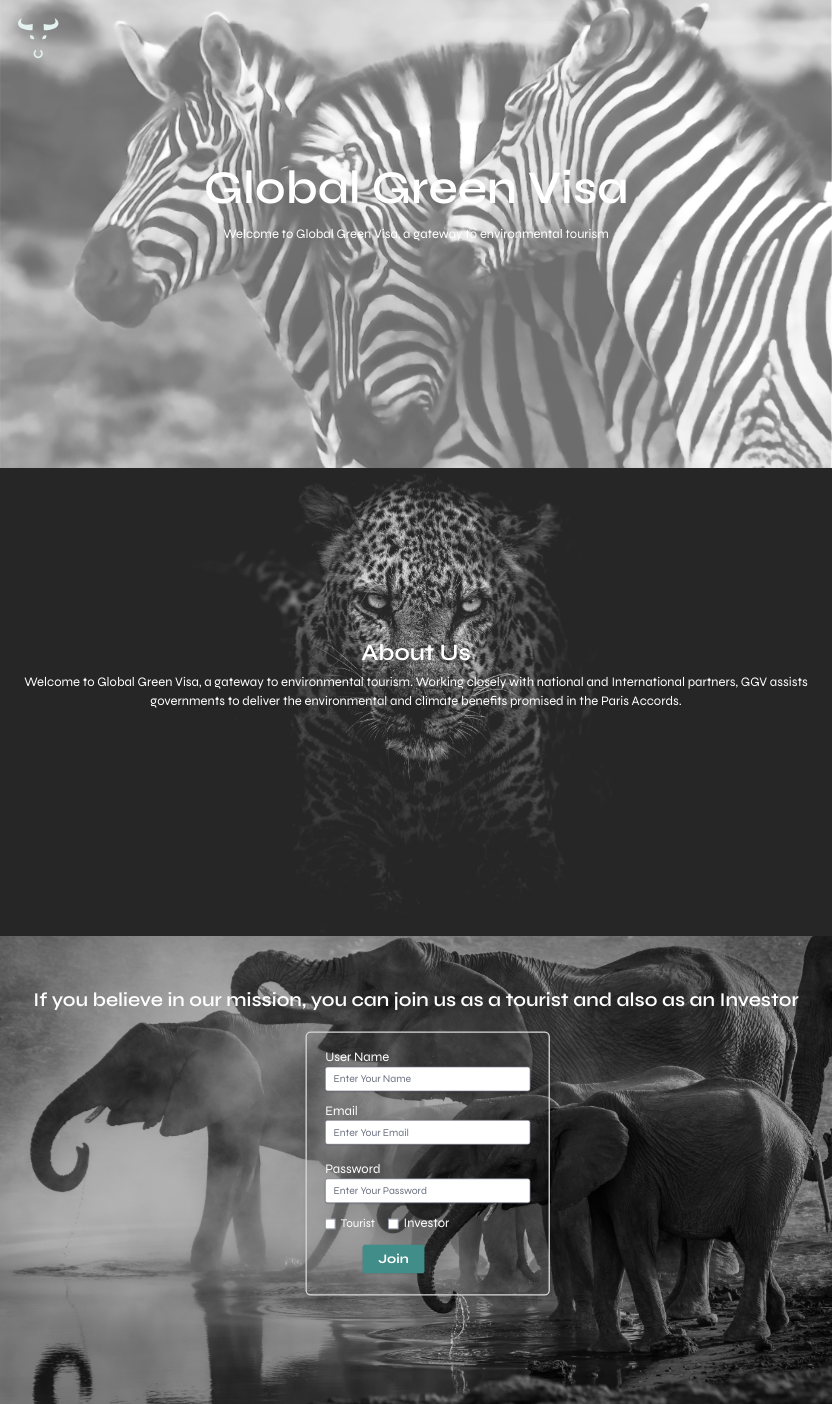
Repository: BrightonMboya/ggv-landingPage
Page: /
These files come from the project's save history. The page is drawn as it stood at one moment and after the next save; the edit follows.
The browser window is 1280 px wide. The pictures show the whole page, at 65% of full size.
The project was rebuilt for these pictures with package versions that can differ from the ones it lists, and the page was loaded fresh each time. The framework's server and built-in components were replaced by stand-ins that run in the browser. Also part of the build but not shown: next.config.js.

Above is the page before, as saved 2022-06-14 15:26:36.

### pages/index.js
import React from "react";
import styles from "../styles/Home.module.css";
import HomePage from "./HomePage";
import AboutUs from "./AboutUs";
import Contactus from "./Contactus";

// const index = () => {
//   return (
//     <React.Fragment>
//       <div className={`${styles.global} ${styles.container}`}>
//         <section className={`${styles.section}`}>
//           <HomePage />
//         </section>
//         <section className={`${styles.section}`}>
//           <AboutUs />
//         </section>
//         <section className={`${styles.section} ${styles.three}`}>
//           <Contactus />
//         </section>
//       </div>
//     </React.Fragment>
//   );
// };

const index = () => {
  return (
    <React.Fragment>
      {/* <div className={styles.global}>
        <div className={styles.container}>
          <section className={`${styles.section}`}>
            <HomePage />
          </section>
          <section className={`${styles.section} ${styles.two}`}>
            <AboutUs />
          </section>
          <section className={styles.section}>
            <Contactus />
          </section>
        </div>
      </div> */}

      <HomePage />
      <AboutUs />
      <Contactus />
    </React.Fragment>
  );
};

export default index;

### styles/globals.css
@tailwind base;
@tailwind components;
@tailwind utilities;

@layer base {
  html {
    font-family: Syne;
  }
}

### styles/Home.module.css
.global {
  margin: 0;
  padding: 0;
  box-sizing: border-box;
  font-family: "Syne";
  /* border: 2px solid yellow; */
}
.section {
  /* height: 100vh; */
  display: flex;
  justify-content: center;
  align-items: center;
  scroll-snap-align: start;
}

.container {
  scroll-snap-type: y mandatory;
  overflow-y: scroll;
  height: 100vh;
}

.bgWrap {
  position: fixed;
  /* height: 100vh; */
  /* min-height: 80vh; */
  width: 100vw;
  overflow: hidden;
  z-index: -1;
  height: 100vh;
}

.bg {
  /* max-width: 100%; */
  position: relative;
  /* opacity: 0.1; */
  background: linear-gradient(
    to bottom-right,
    rgba(71, 78, 117, 0.7),
    rgba(226, 27, 27, 0.7)
  );
  /* border: 2px solid red; */
  /* height: 100vh; */
}

.content {
  /* display: inline-block; */
  position: absolute;
  left: 50%;
  top: 45%;
  width: 100%;
  transform: translate(-50%, -50%);
}

@media (max-width: 480px) {
  .content p {
    margin: 0 auto;
    max-width: 400px;
  }
}

.two {
  background: rgb(211, 79, 79);
  background: linear-gradient(
      to bottom right,
      rgba(0, 1, 7, 0.7),
      rgb(78, 77, 77, 0.7)
    ),
    url("../public/about.jpg");
  background-size: cover;
  background-repeat: no-repeat;
  background-position: center;
  font-size: 45px;
  line-height: 65px;
  text-align: center;
  color: #ffffff;
}

### pages/HomePage.js
import React from "react";
import Head from "next/head";
import styles from "../styles/Home.module.css";
import Image from "next/image";

const HomePage = () => {
  return (
    <div className="">
      <Head>
        <title>Welcome to GGV</title>
        <meta
          name="description"
          content="Your Gateway to environmental tourism"
        />
        <style>
          @import
          url('https://fonts.googleapis.com/css2?family=Poppins:wght@400;500;600&family=Syne:wght@400;500;600;700&display=swap');
        </style>
      </Head>
      <div
        className={`${styles.bgWrap} ${styles.bg} "bg-gradient-to-br from-black to-slate"`}
      >
        <Image
          src="/home.jpg"
          layout="fill"
          objectFit="cover"
          quality={100}
          style={{
            opacity: 0.6
          }}
        />
        <div className="w-[70px] h-[70px] relative mt-6 ml-6 ">
          <Image src="/logo.svg" layout="fill" objectFit="contain" />
        </div>
        <div className={styles.content}>
          <h2 className="text-white md:text-7xl text-center text-6xl font-semibold">
            Global Green Visa
          </h2>
          <p className="text-white lg:text-xl text-center text-2xl leading-loose py-5 md:text-[2.5rem]">
            Welcome to Global Green Visa, a gateway to environmental tourism
          </p>
        </div>
      </div>
    </div>
  );
};
export default HomePage;

### pages/AboutUs.js
import Image from "next/image";
import styles from "../styles/Home.module.css";
import Head from "next/head";

const AboutUs = () => {
  return (
    <div className={styles.global}>
      <Head>
        <title>Welcome to GGV</title>
        <meta
          name="description"
          content="Your Gateway to environmental tourism"
        />
        <style>
          @import
          url('https://fonts.googleapis.com/css2?family=Poppins:wght@400;500;600&family=Syne:wght@400;500;600;700&display=swap');
        </style>
      </Head>
      <div className={`${styles.bgWrap} ${styles.bg}`}>
        <Image
          src="/about.jpg"
          layout="fill"
          objectFit="cover"
          quality={100}
          style={{ opacity: 0.85 }}
        />
        <div className={styles.content}>
          <h2 className="text-white lg:text-4xl text-center text-4xl font-semibold md:text-6xl">
            About Us
          </h2>
          <p className="text-white lg:text-xl text-center text-xl leading-loose py-3 md:text-3xl md:leading-loose md:px-5">
            Welcome to Global Green Visa, a gateway to environmental tourism.
            Working closely with national and International partners, GGV
            assists governments to deliver the environmental and climate
            benefits promised in the Paris Accords.
          </p>
        </div>
      </div>
    </div>
  );
};
export default AboutUs;

### pages/Contactus.js
import React from "react";
import Image from "next/image";
import styles from "../styles/Home.module.css";
import { useState } from "react";
import Head from "next/head";

const Contactus = () => {
  const [enteredName, setEnteredName] = useState("");
  const [enteredPassword, setEnteredPassword] = useState("");
  const [enteredMessage, setEnteredMessage] = useState("");

  const nameChangeHandler = (event) => {
    setEnteredName(event.target.value);
  };

  const passwordChangeHandler = (event) => {
    setEnteredPassword(event.target.value);
  };

  const messageChangeHandler = (event) => {
    setEnteredMessage(event.target.value);
  };

  const submitHandler = (event) => {
    event.preventDefault();
  };
  return (
    <div className="">
      <Head>
        <title>Welcome to GGV</title>
        <meta name="description" content="Join Our Family" />
        <style>
          @import
          url('https://fonts.googleapis.com/css2?family=Poppins:wght@400;500;600&family=Syne:wght@400;500;600;700&display=swap');
        </style>
      </Head>
      <div className={`${styles.bgWrap} ${styles.bg}`}>
        <Image
          src="/contact.jpg"
          layout="fill"
          objectFit="cover"
          quality={100}
        />
        <div className="flex items-center justify-center text-white">
          <div className={styles.content}>
            <h3 className="text-xl font-semibold md:text-3xl text-center px-5 leading-loose">
              If you believe in our mission, you can join us as a tourist and
              also as an Investor
            </h3>
            <div className="max-w-xs md:max-w-3xl lg:max-w-full ml-[5vh] mt-8 flex items-center justify-center">
              <form
                onSubmit={submitHandler}
                className="shadow-md rounded-lg px-7 pt-6 pb-8 mb-4 border-gray border-2 "
              >
                <div className="mb-4">
                  <label className="text-lg md:text-xl">User Name</label>
                  <input
                    type="text"
                    value={enteredName}
                    onChange={nameChangeHandler}
                    placeholder="Enter Your Name"
                    className="shadow appearance-none border rounded w-full py-2 px-3 text-gray-700 leading-tight focus:outline-none focus:shadow-outline"
                  />
                </div>
                <div className="mb-6">
                  <label className="text-lg md:text-xl">Email</label>
                  <input
                    type="email"
                    className="shadow appearance-none border rounded w-full py-2 px-3 text-gray-700 leading-tight focus:outline-none focus:shadow-outline"
                    onChange={passwordChangeHandler}
                    placeholder="Enter Your Email"
                    value={enteredPassword}
                  />
                </div>

                <div>
                  <label className="text-lg md:text-xl">Password</label>
                  <input
                    type="text"
                    className="shadow appearance-none border rounded w-full py-2 px-3 text-gray-700 leading-tight focus:outline-none focus:shadow-outline"
                    placeholder="Enter Your Password"
                    value={enteredMessage}
                    onChange={messageChangeHandler}
                  />
                </div>
                <div className="flex items-center mt-4">
                  <div>
                    <input type="checkbox" className="mr-2 leading-tight" />
                    <span className="text-sm text-center md:text-lg">
                      Tourist
                    </span>
                  </div>
                  <div className="ml-5">
                    <input type="checkbox" className="mr-2 leading-tight" />
                    <span className="text-sm text-center md:text-xl">
                      Investor
                    </span>
                  </div>
                </div>

                <div className="mt-5 ml-[8vh]">
                  <button className="shadow bg-green focus:shadow-outline focus:outline-none text-white font-bold py-2 px-6 rounded md:text-xl">
                    Join
                  </button>
                </div>
              </form>
            </div>
          </div>
        </div>
      </div>
    </div>
  );
};

export default Contactus;

### tailwind.config.js
module.exports = {
  content: [
    "./pages/**/*.{js,ts,jsx,tsx}",
    "./components/**/*.{js,ts,jsx,tsx}"
  ],
  theme: {
    extend: {
      colors: {
        black: "#000107",
        slate: "#E3F1EF",
        green: "#418D89",
        gray: "#D9D9D9"
      },
      fontFamily: {
        Syne: ["Syne", "sans-serif"]
      }
    }
  },
  plugins: [require("@tailwindcss/forms")]
};

Loaded but not shown: pages/_app.js (common file)

After the next save:
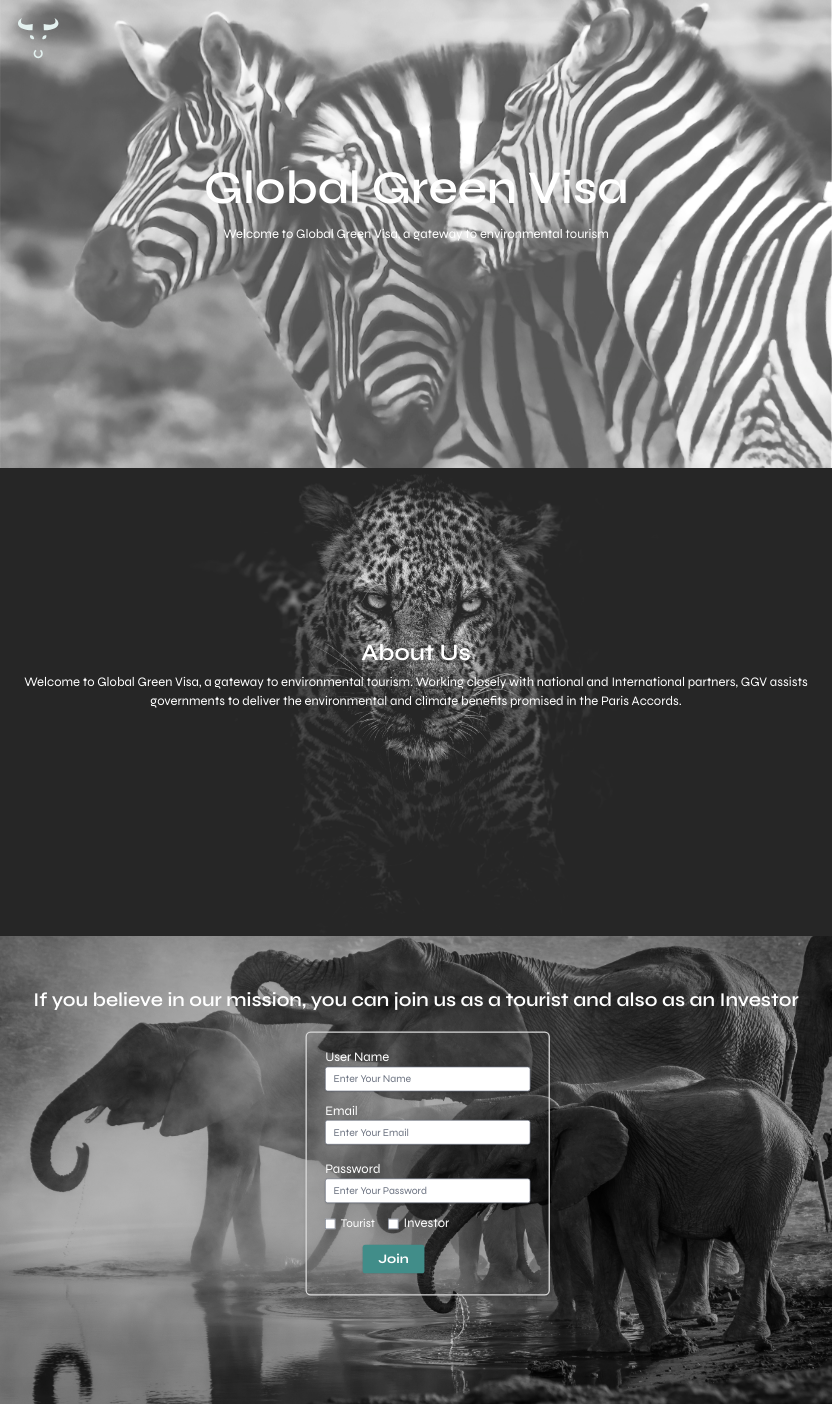
Saved 7 s later.
--- a/pages/HomePage.js
+++ b/pages/HomePage.js
@@ -26,7 +26,7 @@ const HomePage = () => {
           objectFit="cover"
           quality={100}
           style={{
-            opacity: 0.6
+            opacity: 0.7
           }}
         />
         <div className="w-[70px] h-[70px] relative mt-6 ml-6 ">
